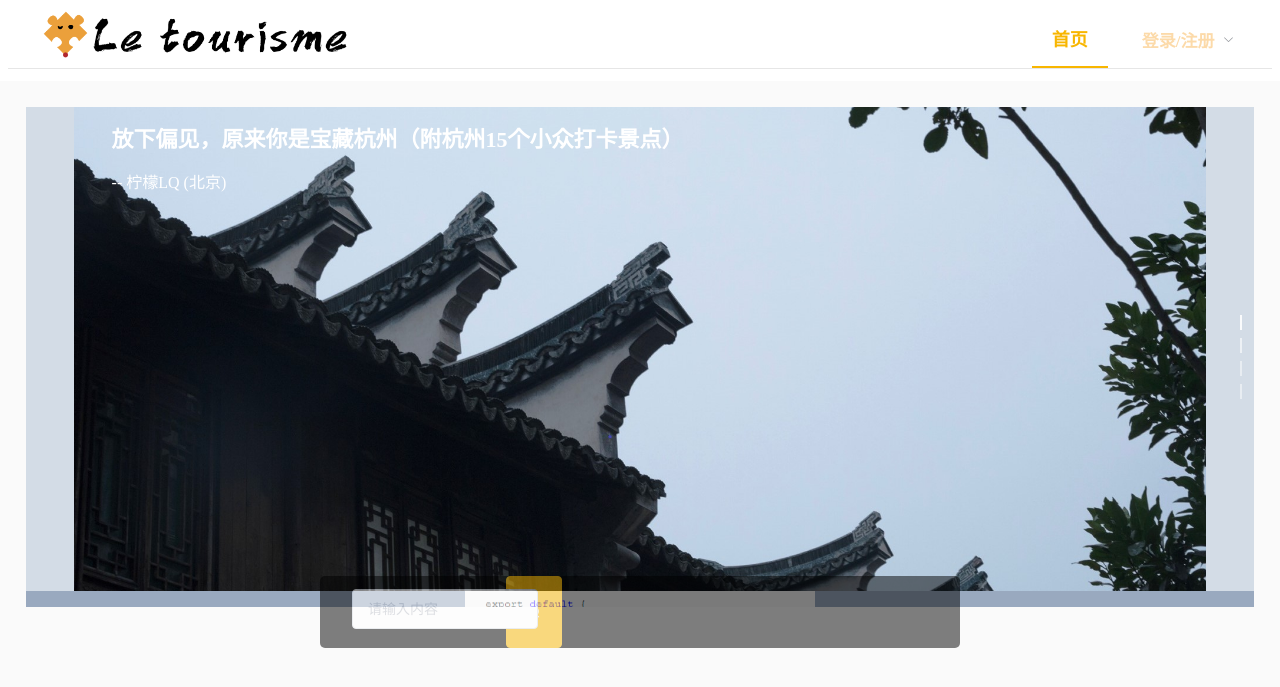
Repository: linxuerou0129/2020.08.31
Page: /
The author's editor kept a copy of each file at every save. The page is drawn from the files as they stood at one save, then again after the next save.
The browser window is 1280 px wide. The pictures show the whole page.
The page's requests for data from a server got no answer. The project was rebuilt for these pictures with package versions that can differ from the ones it lists, and the page was loaded fresh each time. No one was signed in, and anything a server would have sent is missing.

Above is the page before, as saved 2020-09-01 01:18:19.

After the next save:
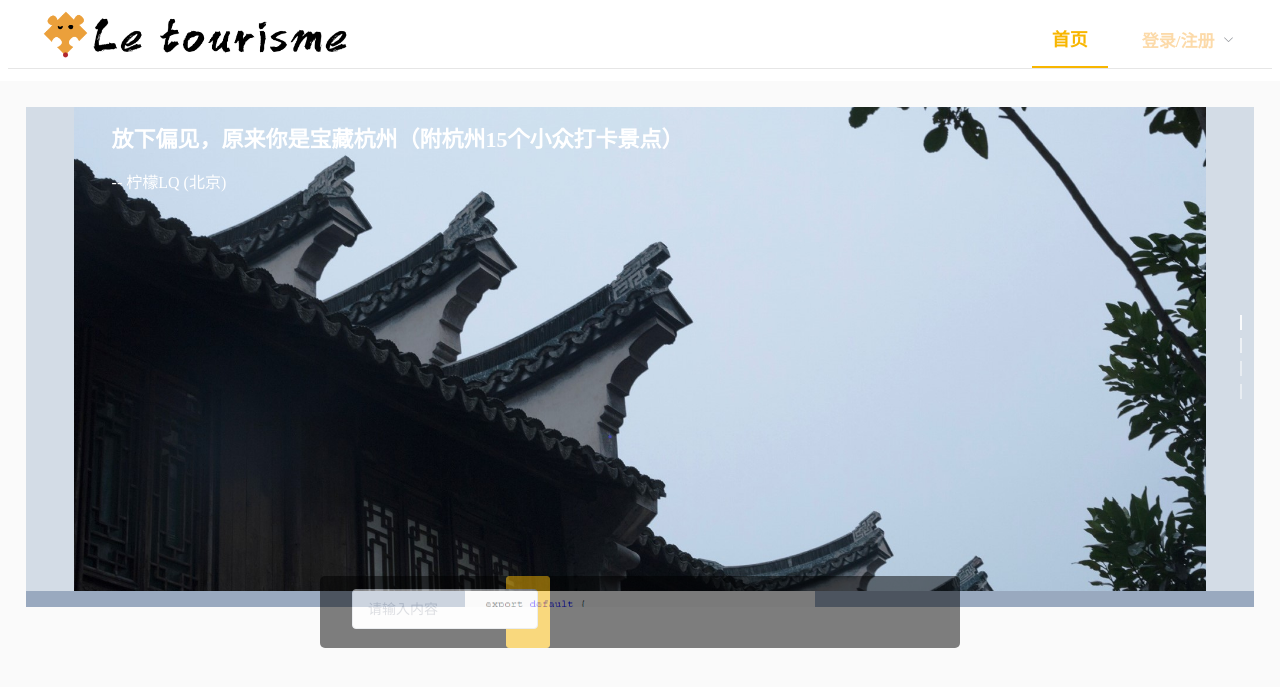
Saved 52 s later.
--- a/src/views/Home.vue
+++ b/src/views/Home.vue
@@ -24,7 +24,7 @@
         v-model="input"
         clearable class="input">
       </el-input>
-      <el-button type="primary" icon="el-icon-search"></el-button>
+      <el-button type="primary" size="small" icon="el-icon-search"></el-button>
     </div>
   </div>
 </template>
